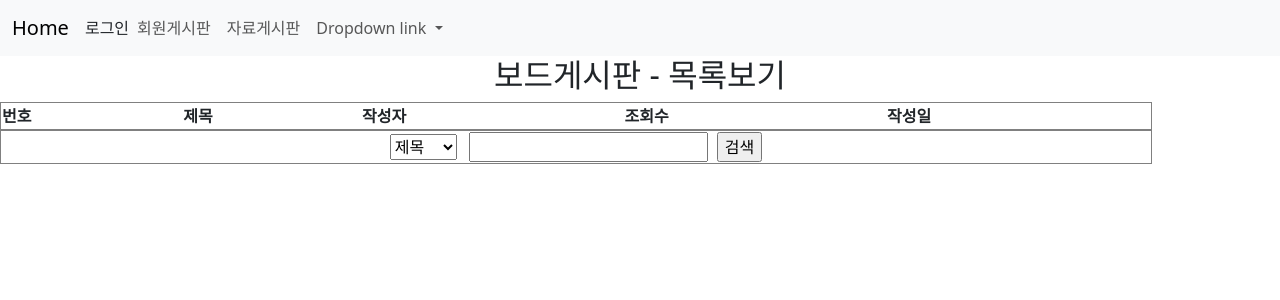
Repository: AHJ2616/Java
Page: http://localhost/board-jsp/08Board/List.jsp
The author's editor kept a copy of each file at every save. The page is drawn from the files as they stood at one save, then again after the next save.
The browser window is 1280 px wide. The pictures show the whole page.
The page is served by Tomcat 9. Other server files are loaded and not shown.

Above is the page before, as saved 2024-07-26 05:33:15.

### jsp_workspace/board-jsp/src/main/webapp/08Board/List.jsp
<%@ page language="java" contentType="text/html; charset=UTF-8"
    pageEncoding="UTF-8"%>
<!DOCTYPE html>
<html>
<head>
<meta charset="UTF-8">
<title>보드게시판</title>
<jsp:include page="../Common/Link.jsp" />
</head>
<body>
<h2 align="center">보드게시판 - 목록보기</h2>
<form method="get" id="search" action="" >
<table border="1" width="90%">
<tr>
<th>번호</th>
<th>제목</th>
<th>작성자</th>
<th>조회수</th>
<th>작성일</th>
</tr>
<tr></tr>
</table>
<table border="1" width="90%">
	<tr>
		<td align="center">
		<select name="search_field">
		<option value="b_title" >제목</option>
		<option value="b_id">작성자</option>
		<option value="b_contents">내용</option>
		</select>&nbsp;&nbsp;
		<input type="text" name="search_word" />&nbsp;
		<input type="submit" value="검색" />
		</td>
	</tr>
</table>

</form>
</body>
</html>

### jsp_workspace/board-jsp/src/main/webapp/Common/Link.jsp
    <%@ page language="java" contentType="text/html; charset=UTF-8"
    pageEncoding="UTF-8"%>
    <meta charset="utf-8">
    <meta name="viewport" content="width=device-width, initial-scale=1">
 <link href="https://cdn.jsdelivr.net/npm/bootstrap@5.3.3/dist/css/bootstrap.min.css" rel="stylesheet" integrity="sha384-QWTKZyjpPEjISv5WaRU9OFeRpok6YctnYmDr5pNlyT2bRjXh0JMhjY6hW+ALEwIH" crossorigin="anonymous">

<nav class="navbar navbar-expand-lg bg-body-tertiary">
  <div class="container-fluid">
    <a class="navbar-brand" href="../08Board/List.jsp">Home</a>
     <% if(session.getAttribute("id")==null){ %>
          <a class="nav-link active" aria-current="page" href="../06Session/login_form.jsp">로그인</a>
          <% }else{//로그인상태면 로그아웃 표시 %>
    		 <a class="nav-link active" aria-current="page" href="../06Session/logout.jsp">로그아웃</a>
    		 <a class="nav-link active" aria-current="page" href="../06Session/member.jsp">회원정보</a>
    	<%} %>
    <button class="navbar-toggler" type="button" data-bs-toggle="collapse" data-bs-target="#navbarNavDropdown" aria-controls="navbarNavDropdown" aria-expanded="false" aria-label="Toggle navigation">
      <span class="navbar-toggler-icon"></span>
    </button>

    <div class="collapse navbar-collapse" id="navbarNavDropdown">
      <ul class="navbar-nav">
        <li class="nav-item">
          <a class="nav-link" href="../12File/file_list.jsp">회원게시판</a>
        </li>
        <li class="nav-item">
          <a class="nav-link" href="../10Mvc/List.jsp">자료게시판</a>
        </li>
        <li class="nav-item dropdown">
          <a class="nav-link dropdown-toggle" href="#" role="button" data-bs-toggle="dropdown" aria-expanded="false">
            Dropdown link
          </a>
          <ul class="dropdown-menu">
            <li><a class="dropdown-item" href="#">Action</a></li>
            <li><a class="dropdown-item" href="#">Another action</a></li>
            <li><a class="dropdown-item" href="#">Something else here</a></li>
          </ul>
        </li>
      </ul>
    </div>
  </div>
</nav>
<script src="https://cdn.jsdelivr.net/npm/bootstrap@5.3.3/dist/js/bootstrap.bundle.min.js" integrity="sha384-YvpcrYf0tY3lHB60NNkmXc5s9fDVZLESaAA55NDzOxhy9GkcIdslK1eN7N6jIeHz" crossorigin="anonymous"></script>

After the next save:
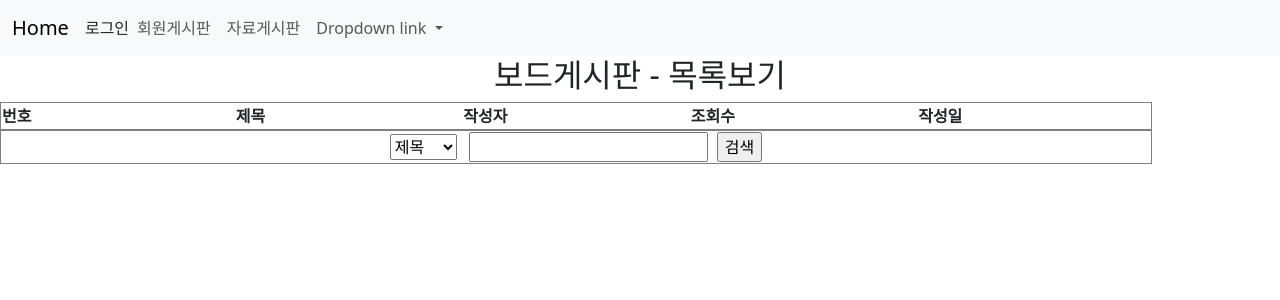
Saved 44 s later.
--- a/jsp_workspace/board-jsp/src/main/webapp/08Board/List.jsp
+++ b/jsp_workspace/board-jsp/src/main/webapp/08Board/List.jsp
@@ -12,11 +12,11 @@
 <form method="get" id="search" action="" >
 <table border="1" width="90%">
 <tr>
-<th>번호</th>
-<th>제목</th>
-<th>작성자</th>
-<th>조회수</th>
-<th>작성일</th>
+<th width="10">번호</th>
+<th width="10">제목</th>
+<th width="10">작성자</th>
+<th width="10">조회수</th>
+<th width="10">작성일</th>
 </tr>
 <tr></tr>
 </table>
